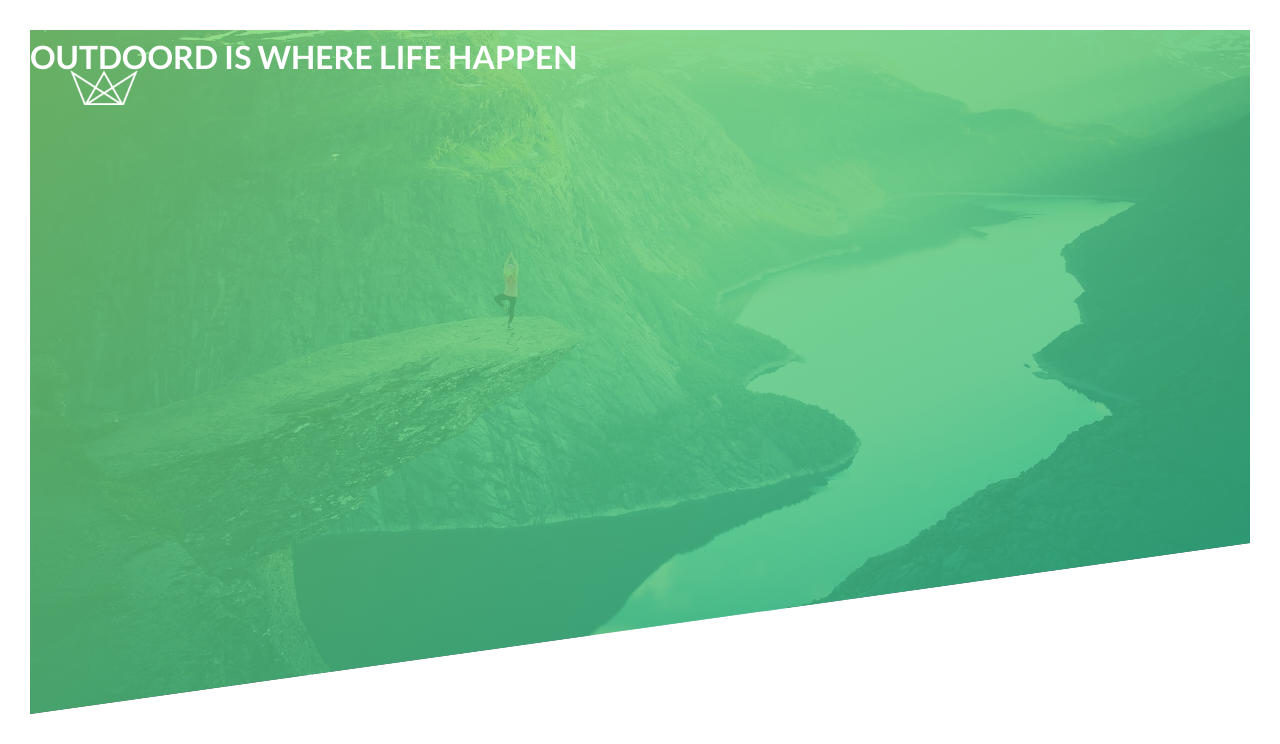
Repository: taivuong95/natours-fe
Page: index.html
These files come from the project's save history. The page is drawn as it stood at one moment and after the next save; the edit follows.
The browser window is 1280 px wide. The pictures show the whole page.

Above is the page before, as saved 2020-12-09 15:22:24.

After the next save:
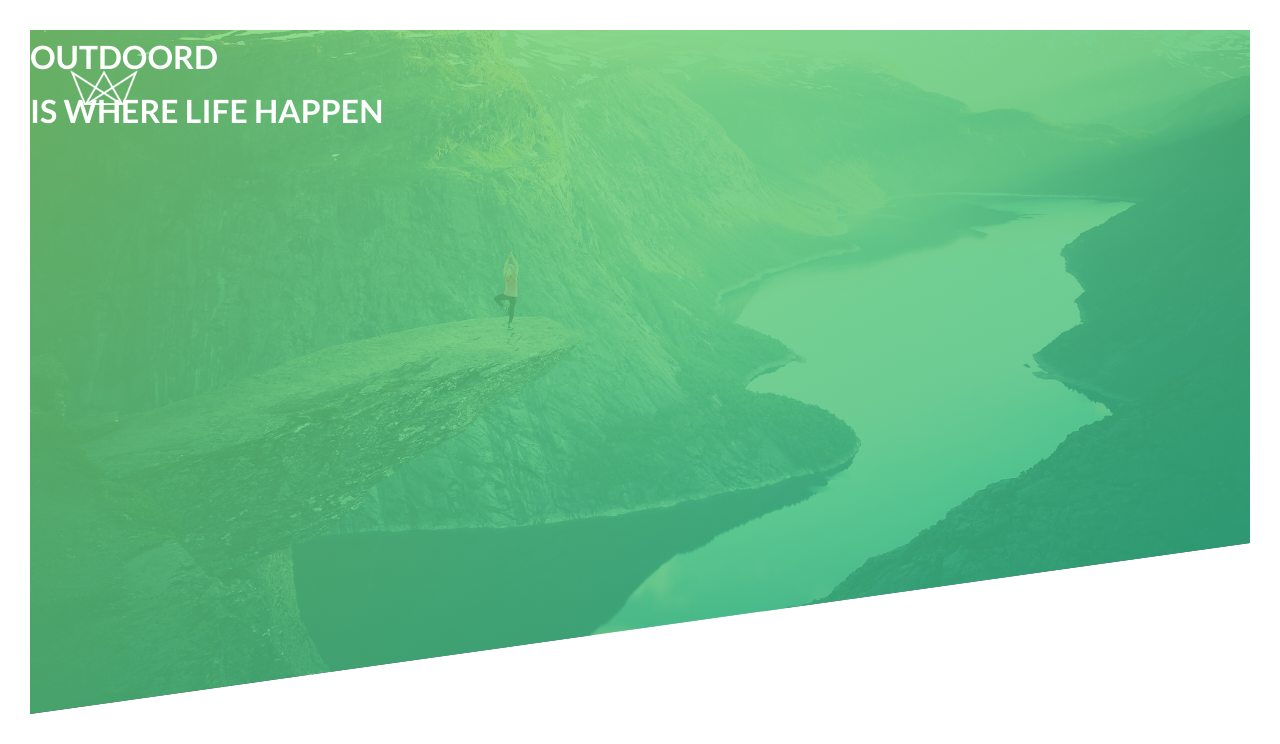
Saved 83 s later.
--- a/css/style.css
+++ b/css/style.css
@@ -52,7 +52,9 @@ body {
 }
 
 .heading-primary-main {
+  display: block;
 }
 
 .heading-primary-sub {
+  display: block;
 }
